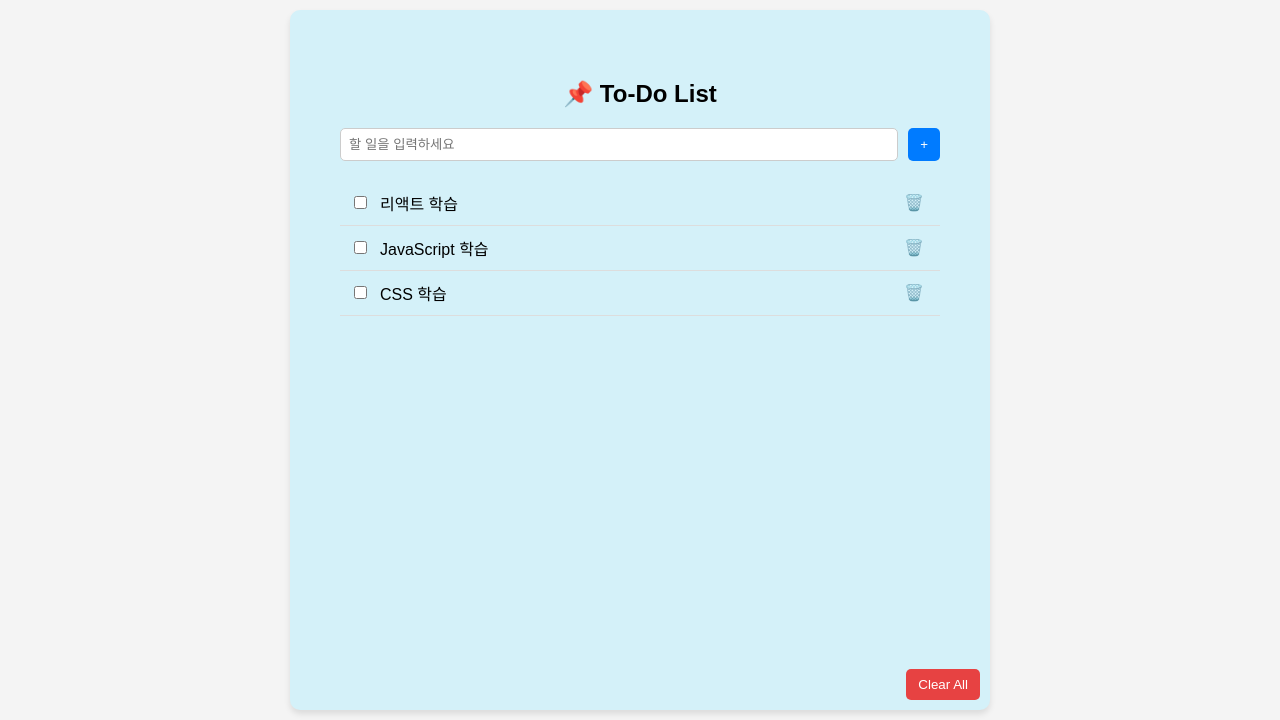
Repository: jongheonleee/todo-list
Page: /
An editor plug-in stored every save of this project. The page is shown before and after the next save, followed by the edit.
The browser window is 1280 px wide. The pictures show the whole page.
The project was rebuilt for these pictures with package versions that can differ from the ones it lists, and the page was loaded fresh each time.

Above is the page before, as saved 2025-02-20 13:21:13.

### src/App.js

import React from "react";
import { useState } from "react";
import "./App.css";
import InputForm from "./components/InputForm";
import ToDoList from "./components/ToDoList";


const App = () => {
  // 해당 컴포넌트에서 관리해야할 필드값 정의

  // 기본적으로 보여줄 리스트
  const [ id, setId ] = useState(''); // 특정 아잉템에 해당하는 id
  const [ items, setItems ] = useState([{ id : 1,   text : "리액트 학습",       done : false},
                                        { id : 2,   text : "JavaScript 학습", done : false},
                                        { id : 3,   text : "CSS 학습",        done : false}]); // 기본적으로 보여줄 items
  const [ text, setText ] = useState('');
  const [ done, setDone ] = useState(false);

  // 해당 컴포넌트에서 관리하는 필드값을 핸들링하는 함수 정의

  // 삭제 버튼 누르면 해당 아이템을 삭제함
  const handleDelete = (id) => {
    // 삭제 버튼 누르면 해당 아이템을 삭제함

    // - 사용자가 누른 아이템의 id가 현재 배열에 있는지 확인
    // - 해당 id에 대응되는 아이템이 있으면 해당 아이템을 제거한다
    const newItems = items.filter(item => item.id !== id);

    // 알림창 띄우기
    notify('Item deleted successfully');

    // - items를 업데이트한다
    setItems(newItems);

    // - id를 초기화한다.
    setId(-1);

  };

  const handleSubmit = (e) => {
    // 입력 폼을 입력하고 추가 버튼을 누르면 새로운 아이템을 등록함

    // - 리프레시 방지
    e.preventDefault();

    // - 작성한 타이틀 유효성 검증
    if (!isValidText(text)) {
      notify('please enter a right text');
      return;
    }

    // - 아이템 등록 처리
    const newItem = {id : crypto.randomUUID(), text: text, done: false};

    // - 아이템 배열에 추가
    const newItems = [...items, newItem];
    setItems(newItems);

    // - 아이템 추가되었음을 알림
    notify('Item added successfully');

    // - 초기화
    setId('');
    setText('');
    setDone(false);
  };


  const handleText = (e) => {
    // todo-item 타이틀 작성시 상태 변경
    setText(e.target.value);
  }


  const clearItems = () => {
    // 모든 아이템을 지움
    const newItems = [];
    setItems(newItems);
  }

  // 특정 작업 수행시 알림창 띄우기
  const notify = (message) =>  {
      alert(message);
  }

  // 아이템 유효성 검증
  const isValidText = (text) => {
    return text !== null && text.length > 0;
  }

  // 렌더링할 페이지 형태
  return (
    <div className="container">
      <div className="sub-container">
        <h2>📌 To-Do List</h2>
          {/* 입력 부분  */}
          <InputForm
            handleSubmit={handleSubmit}
            handleText={handleText}
          />

          {/* todo-list 부분 */}
          <ToDoList
            items={items}
            handleDelete={handleDelete}
          />

            {/* 모두 삭제 처리 */}
          <button
            onClick={clearItems}
            className="clear-btn"
          >
          Clear All
          </button>
      </div>

    </div>
  );
}

export default App;

### src/App.css
/* styles.css */
.container {
  font-family: Arial, sans-serif;
  background-color: #f4f4f4;
  display: flex;
  justify-content: center;
  align-items: center;
  height: 100vh;
  margin: 0;
}

.sub-container {
  position: relative; /* 부모 요소를 기준으로 위치 설정 */
  background-color: #D4F1F9;
  padding: 50px;
  border-radius: 10px;
  box-shadow: 0 4px 6px rgba(0, 0, 0, 0.1);
  width: 600px;
  height: 600px;
}

h2 {
  text-align: center;
  margin-bottom: 20px;
}

.input-area {
  display: flex;
  gap: 10px;
}

input[type="text"] {
  flex: 1;
  padding: 8px;
  border: 1px solid #ccc;
  border-radius: 5px;
}

.add-btn {
  background: #007bff;
  color: white;
  border: none;
  padding: 8px 12px;
  cursor: pointer;
  border-radius: 5px;
}

.add-btn:hover {
  background: #0056b3;
}

.todo-list {
  list-style: none;
  padding: 0;
  margin-top: 20px;
}

.todo-list li {
  display: flex;
  justify-content: space-between;
  align-items: center;
  padding: 10px;
  border-bottom: 1px solid #ddd;
}

.todo-item {
  display: flex;
  align-items: center;
  gap: 10px;
}

.delete-btn {
  background: none;
  border: none;
  color: red;
  cursor: pointer;
  font-size: 16px;
}

.delete-btn:hover {
  color: darkred;
}

.clear-btn {
  background: red;
  color: white;
  border: none;
  padding: 8px 12px;
  cursor: pointer;
  border-radius: 5px;
  position: absolute; /* 부모 컨테이너를 기준으로 위치 설정 */
  right: 10px; /* 오른쪽에서 10px 간격 */
  bottom: 10px; /* 아래쪽에서 10px 간격 */

}

### src/components/InputForm.js
import React from "react";
import "./InputForm.css";

const InputForm = ({ handleSubmit, handleText }) => {
    return (
        <form
            className="input-area"
            onSubmit={handleSubmit}
        >
            <input
                type="text"
                placeholder="할 일을 입력하세요"
                onChange={handleText}
            />
            <button
                type="submit"
                className="add-btn"
            >
            +
            </button>
        </form>
    );
}

export default InputForm;

### src/components/ToDoList.js
import React from "react";
import ToDoItem from "./ToDoItem";
import "./ToDoList.css"

const ToDoList = ({ items, handleDelete }) => {
    return (
        <ul className="todo-list">
            {
                items.map(item => {
                    return (
                        <ToDoItem
                            id={item.id}
                            text={item.text}
                            done={item.done}
                            handleDelete={handleDelete}
                        />
                    )
                })
            }
            {/* <li>
                <div className="todo-item">
                    <input type="checkbox" />
                    <span>리액트 학습</span>
                </div>
                <button className="delete-btn">🗑️</button>
            </li> */}
          {/* <li>
            <div className="todo-item">
              <input type="checkbox" />
              <span>JavaScript 학습</span>
            </div>
            <button className="delete-btn">🗑️</button>
          </li>
          <li>
            <div className="todo-item">
              <input type="checkbox" />
              <span>CSS 학습</span>
            </div>
            <button className="delete-btn">🗑️</button>
          </li> */}
        </ul>
    )
}

export default ToDoList;

### src/components/InputForm.css
.input-area {
    display: flex;
    gap: 10px;
}

input[type="text"] {
    flex: 1;
    padding: 8px;
    border: 1px solid #ccc;
    border-radius: 5px;
}

.add-btn {
    background: #007bff;
    color: white;
    border: none;
    padding: 8px 12px;
    cursor: pointer;
    border-radius: 5px;
}

.add-btn:hover {
    background: #0056b3;
}

.clear-btn {
    background: rgb(231, 66, 66);
    color: white;
    border: none;
    padding: 8px 12px;
    cursor: pointer;
    border-radius: 5px;
}

.clear-btn:hover {
    background: rgb(231, 117, 117);
}

### src/components/ToDoItem.js
import React from "react";
import "./ToDoItem.css"

// item은 3가지 필드를 지님
// - id, text, done
const ToDoItem = ({ id, text, done, handleDelete }) => {
    return (
        <li>
            <div
                id={id}
                className="todo-item"
            >
                <input type="checkbox" />
                <span>{done ? <del>text</del> : text}</span>
            </div>
            <button className="delete-btn" onClick={() => handleDelete(id)}>🗑️</button>
        </li>
    )
}

export default ToDoItem;

### src/components/ToDoList.css
.todo-list {
    list-style: none;
    padding: 0;
    margin-top: 20px;
}

.todo-item li {
    display: flex;
    justify-content: space-between;
    align-items: center;
    padding: 10px;
    border-bottom: 1px solid #ddd;
}

.todo-item {
    display: flex;
    align-items: center;
    gap: 10px;
}

.delete-btn {
    background: none;
    border: none;
    color: red;
    cursor: pointer;
    font-size: 16px;
}

.delete-btn:hover {
    color: darkred;
}

### src/components/ToDoItem.css
.todo-item li {
    display: flex;
    justify-content: space-between;
    align-items: center;
    padding: 10px;
    border-bottom: 1px solid #ddd;
}

.todo-item {
    display: flex;
    align-items: center;
    gap: 10px;
}

.delete-btn {
    background: none;
    border: none;
    color: red;
    cursor: pointer;
    font-size: 16px;
}

.delete-btn:hover {
    color: darkred;
}

Loaded but not shown: public/index.html (common file); src/index.js (common file); src/index.css (common file); src/reportWebVitals.js (common file)

After the next save:
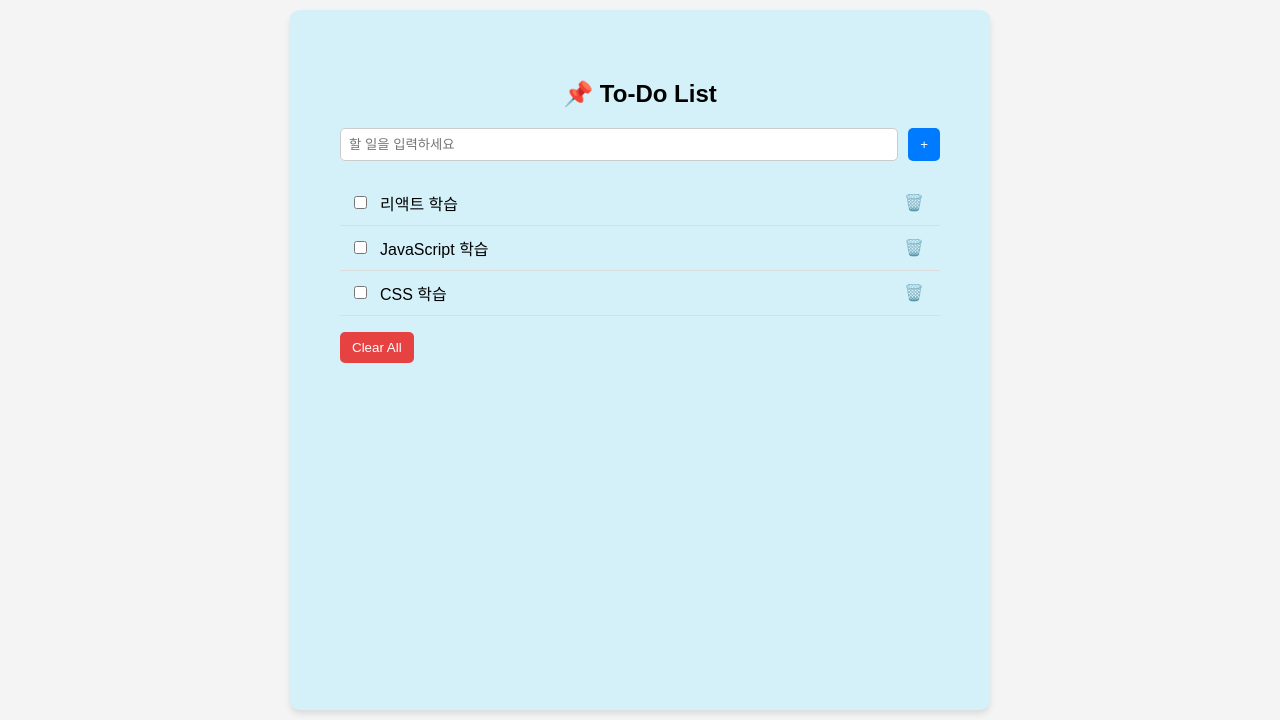
Saved 7 s later.
--- a/src/App.css
+++ b/src/App.css
@@ -80,16 +80,3 @@ input[type="text"] {
 .delete-btn:hover {
   color: darkred;
 }
-
-.clear-btn {
-  background: red;
-  color: white;
-  border: none;
-  padding: 8px 12px;
-  cursor: pointer;
-  border-radius: 5px;
-  position: absolute; /* 부모 컨테이너를 기준으로 위치 설정 */
-  right: 10px; /* 오른쪽에서 10px 간격 */
-  bottom: 10px; /* 아래쪽에서 10px 간격 */
-
-}
